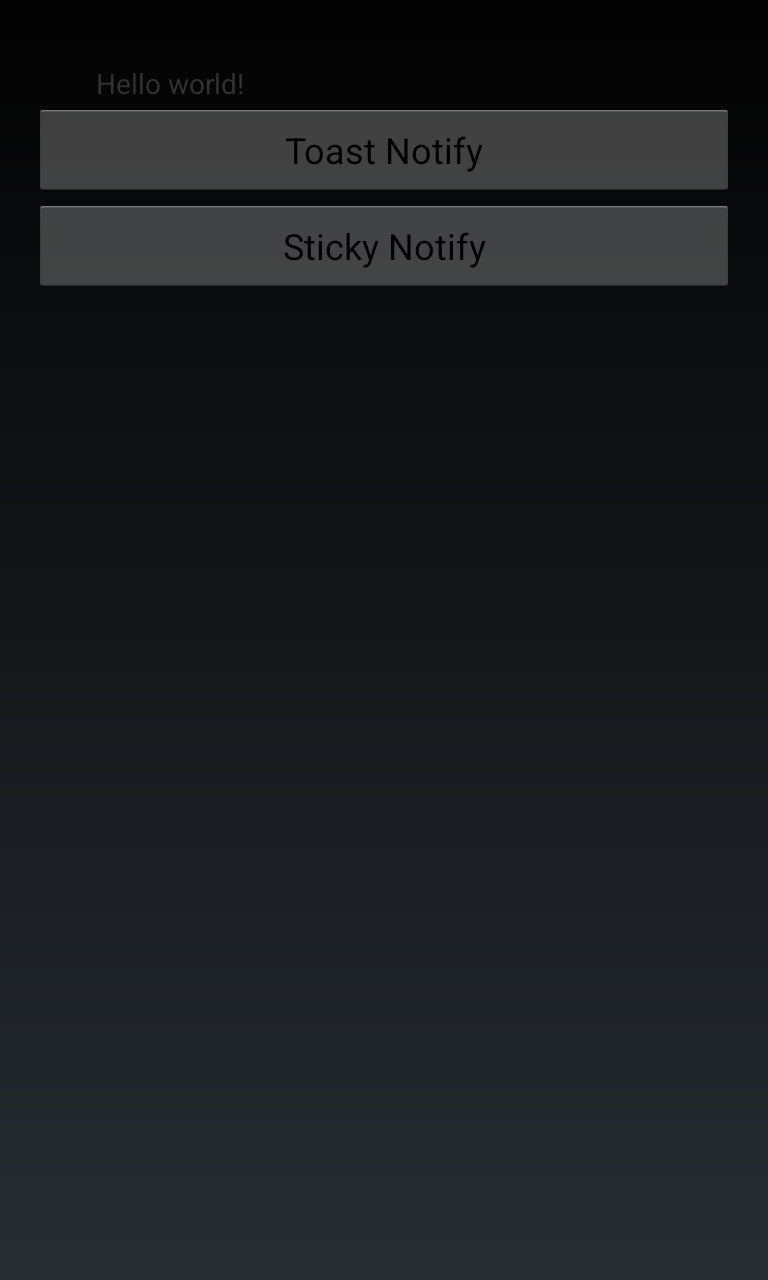
Repository: zubke/NotifyLib
Layout: Android-NotifySample/res/layout/activity_main.xml
The author's editor kept a copy of each file at every save. The layout is drawn from the files as they stood at one save, then again after the next save.
It is drawn on a 768 x 1280 px phone screen (xhdpi) without system bars, with theme AppTheme; the app's code is not run.

Above is the layout before, as saved 2013-10-07 19:21:15.

### Android-NotifySample/res/layout/activity_main.xml
<?xml version="1.0" encoding="utf-8"?>
<ScrollView xmlns:android="http://schemas.android.com/apk/res/android"
    android:layout_width="fill_parent"
    android:layout_height="fill_parent"
    android:background="@drawable/app_background" >

    <RelativeLayout
        android:layout_width="match_parent"
        android:layout_height="wrap_content"
        android:paddingBottom="@dimen/activity_vertical_margin"
        android:paddingLeft="@dimen/activity_horizontal_margin"
        android:paddingRight="@dimen/activity_horizontal_margin"
        android:paddingTop="@dimen/activity_vertical_margin" >

        <TextView
            android:id="@+id/textView1"
            android:layout_width="wrap_content"
            android:layout_height="wrap_content"
    		style="@style/Title"
            android:text="@string/hello_world" />

        <Button
            android:id="@+id/button1"
            android:layout_width="match_parent"
            android:layout_height="wrap_content"
            android:layout_below="@+id/textView1"
            android:text="Toast Notify" />

        <Button
            android:id="@+id/button2"
            android:layout_width="match_parent"
            android:layout_height="wrap_content"
            android:layout_below="@+id/button1"
            android:text="Sticky Notify" />
    </RelativeLayout>

</ScrollView>

### Android-NotifySample/res/values/styles.xml
<resources>

    <!--
        Base application theme, dependent on API level. This theme is replaced
        by AppBaseTheme from res/values-vXX/styles.xml on newer devices.
    -->
    <style name="AppBaseTheme" parent="android:Theme.Light">
        <!--
            Theme customizations available in newer API levels can go in
            res/values-vXX/styles.xml, while customizations related to
            backward-compatibility can go here.
        -->
    </style>

    <!-- Application theme. -->
    <style name="AppTheme" parent="AppBaseTheme">
        <!-- All customizations that are NOT specific to a particular API-level can go here. -->
    </style>


    <style name="Title" parent="android:style/Widget.TextView">
        <item name="android:layout_marginLeft">@dimen/title_margin_left</item>
        <item name="android:layout_marginRight">@dimen/title_margin_right</item>
        <item name="android:layout_marginTop">@dimen/title_margin_top</item>
    </style>

</resources>

### Android-NotifySample/res/drawable/app_background.xml
<?xml version="1.0" encoding="utf-8"?>
<shape
    xmlns:android="http://schemas.android.com/apk/res/android"
    android:shape="rectangle">
    >
<gradient
    android:angle="270"
    android:startColor="#ff020202"
    android:endColor="#ff272D33"
    android:type="linear" />
</shape>

### Android-NotifySample/res/values/dimens.xml
<resources>

    <!-- Default screen margins, per the Android Design guidelines. -->
    <dimen name="activity_horizontal_margin">16dp</dimen>
    <dimen name="activity_vertical_margin">16dp</dimen>
    <!--  Default title margins -->
    <dimen name="title_margin_left">32dp</dimen>
    <dimen name="title_margin_top">16dp</dimen>
	<dimen name="title_margin_right">16dp</dimen>
	<!--  -->
</resources>

### Android-NotifySample/res/values/strings.xml
<?xml version="1.0" encoding="utf-8"?>
<resources>

    <string name="app_name">Android-NotifySample</string>
    <string name="action_settings">Settings</string>
    <string name="hello_world">Hello world!</string>

</resources>

Loaded but not shown: Android-NotifySample/res/values-v11/styles.xml (common file); Android-NotifySample/res/values-v14/styles.xml (common file)

After the next save:
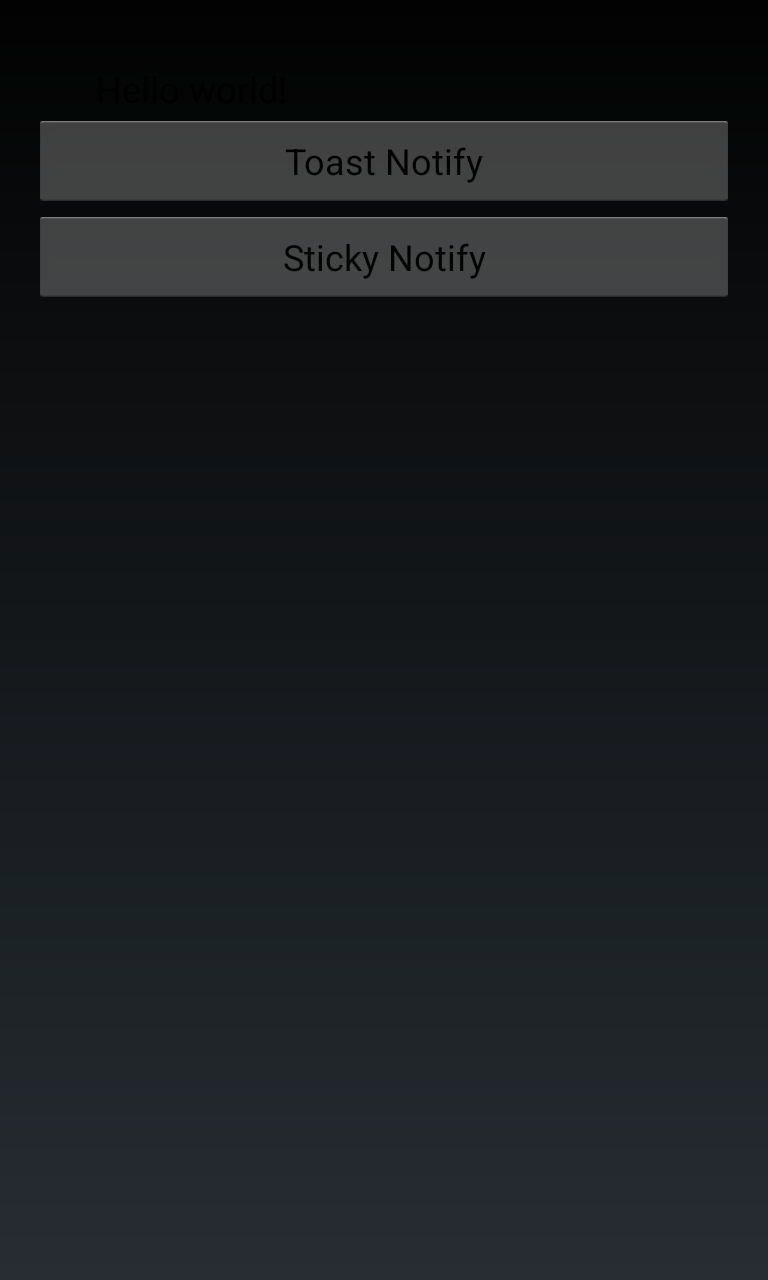
Saved 36 s later.
--- a/Android-NotifySample/res/values/styles.xml
+++ b/Android-NotifySample/res/values/styles.xml
@@ -1,4 +1,4 @@
-<resources>
+<resources xmlns:android="http://schemas.android.com/apk/res/android">
 
     <!--
         Base application theme, dependent on API level. This theme is replaced
@@ -22,6 +22,7 @@
         <item name="android:layout_marginLeft">@dimen/title_margin_left</item>
         <item name="android:layout_marginRight">@dimen/title_margin_right</item>
         <item name="android:layout_marginTop">@dimen/title_margin_top</item>
+        <item name="android:textAppearance">@android:style/TextAppearance.Medium</item>
     </style>
 
 </resources>
